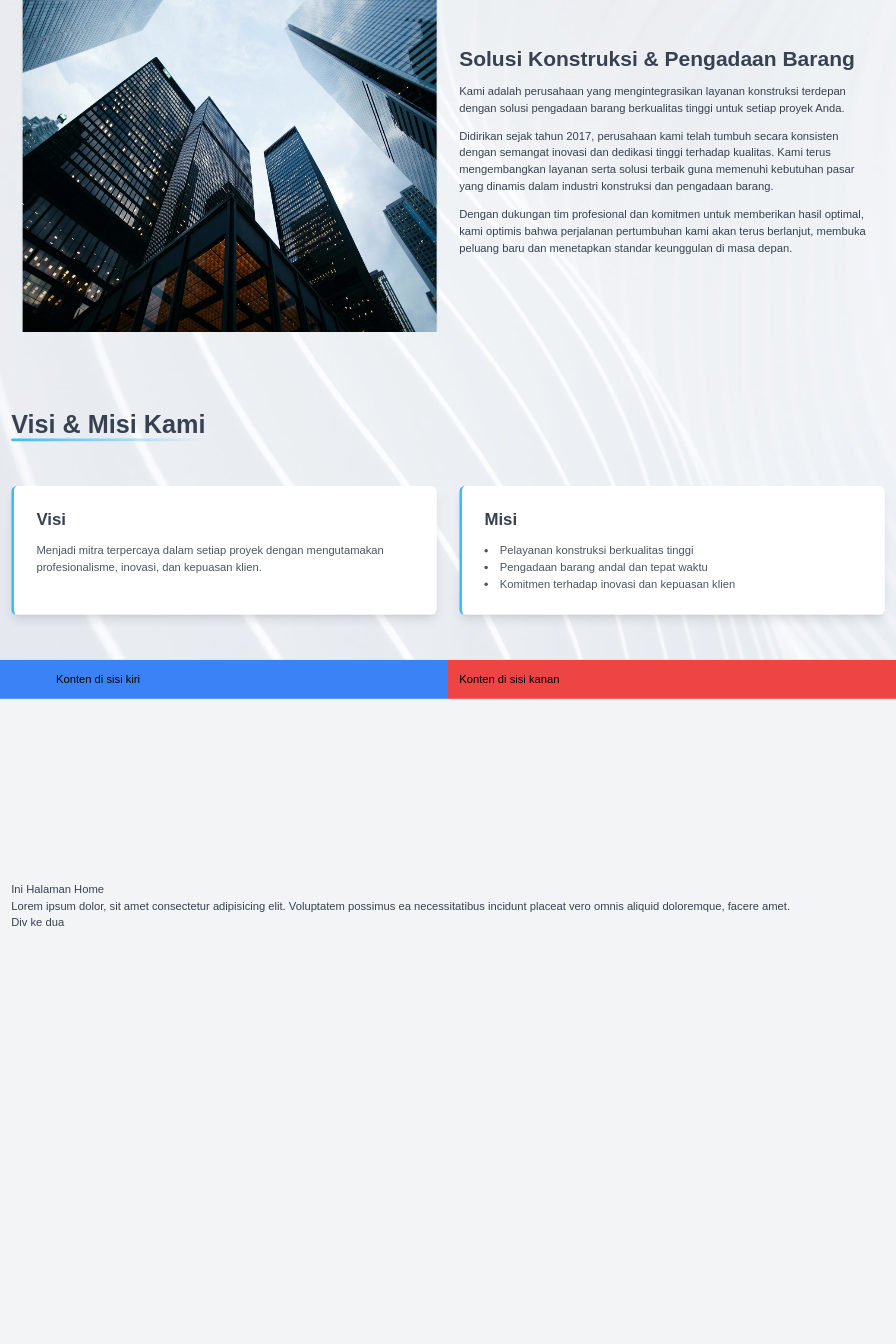
Repository: PrasBaldin/next-mulse
Page: /
An editor plug-in stored every save of this project. The page is shown before and after the next save, followed by the edit.
The browser window is 1280 px wide. The pictures show the part of the page from y = 1026 to 2946 px (the page is 3893 px tall), at 70% of full size.
The project was rebuilt for these pictures with package versions that can differ from the ones it lists, and the page was loaded fresh each time. The framework's server and built-in components were replaced by stand-ins that run in the browser. Also part of the build but not shown: next.config.ts.

Above is the page before, as saved 2025-02-23 04:35:29.

### app/layout.tsx
import type { Metadata } from "next";
import { Geist, Geist_Mono } from "next/font/google";
import "./globals.css";
import Navbar from "@/components/navbar";
import Footer from "@/components/footer";

const geistSans = Geist({
  variable: "--font-geist-sans",
  subsets: ["latin"],
});

const geistMono = Geist_Mono({
  variable: "--font-geist-mono",
  subsets: ["latin"],
});

export const metadata: Metadata = {
  title: "Mulse",
  description: "Selamat datang di PT. Mulse Citra Nusa, kami menyediakan barang dan jasa sesuai kebutuhan Anda.",
};

export default function RootLayout({
  children,
}: Readonly<{
  children: React.ReactNode;
}>) {
  return (
    <html lang="en">
      <body className={`${geistSans.variable} ${geistMono.variable} antialiased`} >
        <Navbar />
        {children}
        <Footer />
      </body>
    </html>
  );
}

### app/page.tsx
import Hero from "@/components/hero";
import AboutPage from "./about/page";
import ServicesPage from "./services/page";

const IndexPage = () => (
  <>
    <Hero />
    <AboutPage />
    <ServicesPage />
    <section className="bg-gray-100 dark:bg-gray-700 text-gray-700 dark:text-gray-100 transition duration-500 ease-in-out py-5">
      <div className="container">
        <div className="py-[15rem]">
          <h1>Ini Halaman Home</h1>
          <p>Lorem ipsum dolor, sit amet consectetur adipisicing elit. Voluptatem possimus ea necessitatibus incidunt placeat vero omnis aliquid doloremque, facere amet.</p>
          <div className="pb-[15rem]">
            <p>Div ke dua</p>
          </div>
          <div className="py-[20rem]"></div>
        </div>
      </div>
    </section>
  </>
);

export default IndexPage

### app/globals.css
@tailwind base;
@tailwind components;
@tailwind utilities;

:root {
  --background: #ffffff;
  --foreground: #171717;
}

@media (prefers-color-scheme: dark) {
  :root {
    --background: #0a0a0a;
    --foreground: #ededed;
  }
}

body {
  font-family: Arial, Helvetica, sans-serif;
  @apply bg-gray-100 dark:bg-gray-700
}

.container {
  @apply mx-auto px-4
}

.btn {
  @apply p-2 rounded-lg hover:bg-gray-200 dark:hover:bg-gray-600 transition duration-500 ease-in-out
}

### app/services/page.tsx
const ServicesPage = () => {
    return (
        <>
            <section className="w-full flex flex-col lg:flex-row">
                <div className="w-full lg:w-1/2 bg-blue-500">
                    <div className="lg:max-w-[512px] xl:max-w-xl ml-auto mr-0 p-4">
                        <p>Konten di sisi kiri</p>
                    </div>
                </div>
                <div className="w-full lg:w-1/2 bg-red-500">
                    <div className="container mr-auto p-4">
                        <p>Konten di sisi kanan</p>
                    </div>
                </div>
            </section>

            {/*<section className="Services container">
                <div className="flex flex-col lg:flex-row items-center">
                    <div className="w-full lg:w-1/2 py-16 bg-gradient-to-b from-sky-200 to-sky-500 dark:bg-gray-900 text-gray-700 dark:text-gray-100 transition duration-500 ease-in-out">
                        <div className="container">
                            <div className="Services-left">
                                <span>content</span>
                            </div>
                        </div>
                    </div>
                    <div className="w-full lg:w-1/2 py-16 bg-gradient-to-b from-gray-700 to-gray-900 dark:bg-gray-900 text-gray-700 dark:text-gray-100 transition duration-500 ease-in-out">
                        <div className="container">
                            <div className="Services-right">
                                <span>content right</span>
                            </div>
                        </div>
                    </div>
                </div>
                </section>*/}
        </>
    );
};

export default ServicesPage;

// <section className="py-16 bg-gray-50 dark:bg-gray-900">
//     <div className="container mx-auto px-4">
//         <h1 className="text-4xl font-bold text-center text-gray-800 dark:text-white mb-12 relative inline-block">
//             Layanan Kami
//             <span className="absolute -bottom-2 left-1/2 transform -translate-x-1/2 w-24 h-1 bg-blue-500"></span>
//         </h1>
//         <div className="grid grid-cols-1 md:grid-cols-2 lg:grid-cols-3 gap-8">
//             {/* Card Layanan 1 */}
//             <div className="bg-white dark:bg-gray-800 rounded-lg shadow-lg p-6 border-t-4 border-blue-500 hover:shadow-2xl transition duration-300">
//                 <div className="mb-4 flex justify-center">
//                     <img src="/img/service1.svg" alt="Konstruksi Bangunan" className="w-12 h-12" />
//                 </div>
//                 <h3 className="text-xl font-semibold text-gray-800 dark:text-white mb-2 text-center">
//                     Konstruksi Bangunan
//                 </h3>
//                 <p className="text-gray-600 dark:text-gray-300 text-center">
//                     Menyediakan solusi konstruksi bangunan yang inovatif dan berkualitas tinggi untuk berbagai proyek.
//                 </p>
//             </div>
//             {/* Card Layanan 2 */}
//             <div className="bg-white dark:bg-gray-800 rounded-lg shadow-lg p-6 border-t-4 border-blue-500 hover:shadow-2xl transition duration-300">
//                 <div className="mb-4 flex justify-center">
//                     <img src="/img/service2.svg" alt="Pengadaan Material" className="w-12 h-12" />
//                 </div>
//                 <h3 className="text-xl font-semibold text-gray-800 dark:text-white mb-2 text-center">
//                     Pengadaan Material
//                 </h3>
//                 <p className="text-gray-600 dark:text-gray-300 text-center">
//                     Pengadaan material berkualitas dengan proses cepat dan efisien untuk mendukung setiap proyek konstruksi.
//                 </p>
//             </div>
//             {/* Card Layanan 3 */}
//             <div className="bg-white dark:bg-gray-800 rounded-lg shadow-lg p-6 border-t-4 border-blue-500 hover:shadow-2xl transition duration-300">
//                 <div className="mb-4 flex justify-center">
//                     <img src="/img/service3.svg" alt="Desain Arsitektur" className="w-12 h-12" />
//                 </div>
//                 <h3 className="text-xl font-semibold text-gray-800 dark:text-white mb-2 text-center">
//                     Desain Arsitektur
//                 </h3>
//                 <p className="text-gray-600 dark:text-gray-300 text-center">
//                     Menyediakan layanan desain arsitektur kreatif dan inovatif untuk menciptakan bangunan yang unik dan fungsional.
//                 </p>
//             </div>
//             {/* Card Layanan 4 */}
//             <div className="bg-white dark:bg-gray-800 rounded-lg shadow-lg p-6 border-t-4 border-blue-500 hover:shadow-2xl transition duration-300">
//                 <div className="mb-4 flex justify-center">
//                     <img src="/img/service4.svg" alt="Renovasi &amp; Perbaikan" className="w-12 h-12" />
//                 </div>
//                 <h3 className="text-xl font-semibold text-gray-800 dark:text-white mb-2 text-center">
//                     Renovasi &amp; Perbaikan
//                 </h3>
//                 <p className="text-gray-600 dark:text-gray-300 text-center">
//                     Layanan renovasi dan perbaikan bangunan dengan pendekatan profesional dan efisien untuk meningkatkan nilai properti Anda.
//                 </p>
//             </div>
//             {/* Card Layanan 5 */}
//             <div className="bg-white dark:bg-gray-800 rounded-lg shadow-lg p-6 border-t-4 border-blue-500 hover:shadow-2xl transition duration-300">
//                 <div className="mb-4 flex justify-center">
//                     <img src="/img/service5.svg" alt="Konsultasi Proyek" className="w-12 h-12" />
//                 </div>
//                 <h3 className="text-xl font-semibold text-gray-800 dark:text-white mb-2 text-center">
//                     Konsultasi Proyek
//                 </h3>
//                 <p className="text-gray-600 dark:text-gray-300 text-center">
//                     Menawarkan konsultasi menyeluruh untuk memastikan setiap tahap proyek berjalan dengan lancar dan tepat sasaran.
//                 </p>
//             </div>
//             {/* Card Layanan 6 */}
//             <div className="bg-white dark:bg-gray-800 rounded-lg shadow-lg p-6 border-t-4 border-blue-500 hover:shadow-2xl transition duration-300">
//                 <div className="mb-4 flex justify-center">
//                     <img src="/img/service6.svg" alt="Manajemen Proyek" className="w-12 h-12" />
//                 </div>
//                 <h3 className="text-xl font-semibold text-gray-800 dark:text-white mb-2 text-center">
//                     Manajemen Proyek
//                 </h3>
//                 <p className="text-gray-600 dark:text-gray-300 text-center">
//                     Layanan manajemen proyek terintegrasi yang memastikan pengawasan dan koordinasi setiap aspek proyek secara optimal.
//                 </p>
//             </div>
//         </div>
//     </div>
// </section>

### components/navbar.css
.utility-bar {
    @apply hidden lg:block absolute w-full py-1 bg-gray-100 dark:bg-gray-700 transition duration-500 ease-in-out z-10
}

.utility-content {
    @apply w-auto flex gap-2
}

.social-media-link {
    @apply mr-3 text-gray-700 dark:text-gray-100 hover:text-sky-500 dark:hover:text-sky-500 transition duration-300
}

.navbar {
    @apply bg-white dark:bg-gray-800 transition duration-500 ease-in-out shadow-md lg:top-[40px] fixed lg:absolute w-full z-20
}

.nav-link {
    @apply text-gray-700 hover:text-sky-500 dark:hover:text-sky-500 dark:text-gray-100 py-5 transition duration-500 ease-in-out border-b-2 border-transparent hover:border-sky-500 flex items-center
}

.nav-dropdown {
    @apply bg-white dark:bg-gray-800 absolute top-[4rem] -left-2 w-auto pt-2 p-3 border-2 border-sky-500 shadow-xl rounded-lg overflow-visible transition-all duration-300 transform
}

.nav-link-dropdown {
    @apply text-gray-700 hover:text-sky-500 dark:hover:text-sky-500 dark:text-gray-100 pt-2 pb-1 transition duration-500 ease-in-out hover:bg-gray-100 dark:hover:bg-gray-700 rounded border-b border-gray-200 hover:border-sky-500 block mt-2 px-2
}

.nav-link-mobile {
    @apply hover:bg-gray-100 dark:hover:bg-gray-700 text-gray-700 hover:text-sky-500 dark:hover:text-sky-500 dark:text-gray-100 py-2 pl-2 border-b border-gray-200 hover:border-sky-500 rounded transition
}

.hamburger {
    @apply absolute w-6 h-[3px] bg-gray-800 dark:bg-gray-100 rounded transition duration-500 ease-in-out
}

.dropdown-arrow {
    @apply border-b-2 border-r-2 border-gray-700 dark:border-gray-100 ml-2 w-3 h-3 transition duration-500 ease-in-out
}

.nav-link-mobile:hover .dropdown-arrow {
    @apply border-sky-500
}

### components/toggleLanguage.tsx
"use client";
import { useState, useEffect } from "react";

import IconEN from "../app/_assets/icon/iconEN";
import IconID from "../app/_assets/icon/iconID";

import "./toggleLanguage.css";

const ToggleLanguage = () => {
    const [isEnglish, setIsEnglish] = useState(true);

    // Efek untuk sinkronisasi bahasa dengan localStorage
    useEffect(() => {
        const storedLanguage = localStorage.getItem('language');
        setIsEnglish(storedLanguage === 'en');
    }, []);

    // Efek untuk menyimpan preferensi bahasa ke localStorage
    useEffect(() => {
        localStorage.setItem('language', isEnglish ? 'en' : 'id');
    }, [isEnglish]);

    return (
        <>
            {/* Mobile */}
            <button onClick={() => setIsEnglish(!isEnglish)} className="lg:hidden btn flex items-center gap-2" >
                {/* <span className="font-medium text-gray-700 dark:text-gray-300">
                    {isEnglish ? <IconEN /> : <IconID />}
                </span> */}
                <div className="flex relative">
                    <div className={`flex transition-all duration-500 transform ${isEnglish ? 'opacity-100 scale-1' : 'opacity-0 scale-0'}`} >
                        <IconEN />
                    </div>
                    <div className={`absolute flex transition-all duration-500 transform ${isEnglish ? 'opacity-0 scale-0' : 'opacity-100 scale-1'}`} >
                        <IconID />
                    </div>
                </div>
                <span className="text-gray-700 dark:text-gray-300">
                    {("navbar.changeLang")}
                </span>
            </button>

            {/* Desktop */}
            <button onClick={() => setIsEnglish(!isEnglish)} className="btn hidden lg:block btn w-8 h-8 relative overflow-hidden">
                <div className={`toggle-lang ${isEnglish ? 'opacity-100 scale-1' : 'opacity-0 scale-0'}`} >
                    <IconEN />
                </div>
                <div className={`toggle-lang ${isEnglish ? 'opacity-0 scale-0' : 'opacity-100 scale-1'}`} >
                    <IconID />
                </div>
            </button>
        </>
    )
}

export default ToggleLanguage

### components/footer.css
footer table tr a {
    @apply transition duration-300
}

footer table tr:hover a {
    @apply text-sky-400
}

### components/hero.css
.hero-wrap {
    @apply h-[110vh] min-h-[40rem] overflow-hidden
}

.hero-parallax {
    @apply relative h-[110vh] min-h-[40rem] w-full bg-cover bg-center bg-fixed translate-y-[-0.2px]
}

.hero-mask {
    @apply absolute inset-0 flex items-center justify-center bg-black bg-opacity-30 dark:bg-opacity-50 text-white text-3xl font-bold transition duration-500 ease-in-out
}

.benefit-section {
    @apply max-w-full md:max-w-[85rem] mx-auto md:absolute top-[100vh]
}

.benefit-card {
    @apply transition transform duration-300 ease-in-out p-6 xl:col-span-2
}

### components/heroTypewriter.tsx
"use client";
import { useEffect, useRef, useState } from "react";

interface TypewriterProps {
    text: string;
    speed?: number;
    className?: string;
    delay?: number;
}

export default function Typewriter({
    text,
    speed = 5,
    className = "",
    delay = 0,
}: TypewriterProps) {
    const [displayText, setDisplayText] = useState<string>("");
    const indexRef = useRef<number>(0);

    useEffect(() => {
        setDisplayText("");
        indexRef.current = 0;

        let animationFrameId: number;
        let lastTime: number = performance.now();

        const update = (now: number) => {
            // Hanya update jika tab aktif
            if (document.visibilityState === "hidden") {
                animationFrameId = requestAnimationFrame(update);
                return;
            }

            if (now - lastTime >= speed) {
                setDisplayText((prev) => prev + text.charAt(indexRef.current));
                indexRef.current++;
                lastTime = now;
            }

            if (indexRef.current < text.length) {
                animationFrameId = requestAnimationFrame(update);
            }
        };

        const timeoutId = setTimeout(() => {
            animationFrameId = requestAnimationFrame(update);
        }, delay);

        return () => {
            clearTimeout(timeoutId);
            cancelAnimationFrame(animationFrameId);
        };
    }, [text, speed, delay]);

    return <span className={className}>{displayText}</span>;
}

### app/_assets/icon/iconID.tsx
import React from "react";

const iconID = () => {
    return (
        <svg className="w-5 h-5 rounded-full" version="1.1" id="Layer_1" xmlns="http://www.w3.org/2000/svg" xmlnsXlink="http://www.w3.org/1999/xlink" x="0px" y="0px"
            width="150px" height="150px" viewBox="0 0 150 150" enableBackground="new 0 0 150 150" xmlSpace="preserve">
            <rect x="-1" y="-0.999" fill="#ED1C24" width="152" height="75.999" />
            <rect x="-1" y="75" fill="#FFFFFF" width="152" height="76" />
            <path opacity="0.1" d="M151,160H66c0,0,60.501-26.039,60.501-85C126.501,16.207,66-9.999,66-9.999h85V160z" />
        </svg>
    )
}

export default iconID

### components/toggleLanguage.css
.toggle-lang {
    @apply absolute top-0 bottom-0 left-0 right-0 flex items-center justify-center transition-all duration-500 transform
}

### app/_assets/icon/iconDarkmode.tsx
import React from "react";

const IconDarkmode = () => {
    return (
        <svg xmlns="http://www.w3.org/2000/svg" className="h-5 w-5 text-gray-700 dark:text-gray-100" fill="none" viewBox="0 0 24 24" stroke="currentColor">
            <path strokeLinecap="round" strokeLinejoin="round" strokeWidth={2} d="M20.354 15.354A9 9 0 018.646 3.646 9.003 9.003 0 0012 21a9.003 9.003 0 008.354-5.646z" />
        </svg>
    )
}

export default IconDarkmode

### app/_assets/icon/iconLightmode.tsx
import React from "react";

const IconLightMode = () => {
    return (
        <svg xmlns="http://www.w3.org/2000/svg" className="h-5 w-5 text-gray-100" fill="none" viewBox="0 0 24 24" stroke="currentColor">
            <path strokeLinecap="round" strokeLinejoin="round" strokeWidth="2" d="M12 3v1m0 16v1m9-9h-1M4 12H3m15.364 6.364l-.707-.707M6.343 6.343l-.707-.707m12.728 0l-.707.707M6.343 17.657l-.707.707" />
            <circle cx="12" cy="12" r="3" stroke="currentColor" strokeWidth="2" fill="none" />
        </svg>
    )
}

export default IconLightMode

### components/toggleDarkMode.css
.toggle-dark-mode {
    @apply absolute top-0 bottom-0 left-0 right-0 flex items-center justify-center transition-all duration-500 transform
}

.toggle-dark-mode-mobile {
    @apply flex items-center justify-center transition-all duration-500 transform
}

### app/_assets/icon/iconStar.tsx
import React from 'react'

const iconStar = () => {
    return (
        <svg className="w-[85px] h-[85px] fill-sky-900 dark:fill-gray-100" viewBox="0 0 24 24" fill="none" xmlns="http://www.w3.org/2000/svg">
            <path opacity="0.5" d="M22 12C22 17.5228 17.5228 22 12 22C6.47715 22 2 17.5228 2 12C2 6.47715 6.47715 2 12 2C17.5228 2 22 6.47715 22 12Z" />
            <path d="M10.4127 8.49812L10.5766 8.20419C11.2099 7.06807 11.5266 6.5 12 6.5C12.4734 6.5 12.7901 7.06806 13.4234 8.20419L13.5873 8.49813C13.7672 8.82097 13.8572 8.98239 13.9975 9.0889C14.1378 9.19541 14.3126 9.23495 14.6621 9.31402L14.9802 9.38601C16.2101 9.66428 16.825 9.80341 16.9713 10.2739C17.1176 10.7443 16.6984 11.2345 15.86 12.215L15.643 12.4686C15.4048 12.7472 15.2857 12.8865 15.2321 13.0589C15.1785 13.2312 15.1965 13.4171 15.2325 13.7888L15.2653 14.1272C15.3921 15.4353 15.4554 16.0894 15.0724 16.3801C14.6894 16.6709 14.1137 16.4058 12.9622 15.8756L12.6643 15.7384C12.337 15.5878 12.1734 15.5124 12 15.5124C11.8266 15.5124 11.663 15.5878 11.3357 15.7384L11.0378 15.8756C9.88633 16.4058 9.31059 16.6709 8.92757 16.3801C8.54456 16.0894 8.60794 15.4353 8.7347 14.1272L8.76749 13.7888C8.80351 13.4171 8.82152 13.2312 8.76793 13.0589C8.71434 12.8865 8.59521 12.7472 8.35696 12.4686L8.14005 12.215C7.30162 11.2345 6.88241 10.7443 7.02871 10.2739C7.17501 9.80341 7.78994 9.66427 9.01977 9.38601L9.33794 9.31402C9.68743 9.23495 9.86217 9.19541 10.0025 9.0889C10.1428 8.98239 10.2328 8.82097 10.4127 8.49812Z" />
        </svg>
    )
}

export default iconStar

### app/_assets/icon/iconTeam.tsx
import React from 'react'

const iconTeam = () => {
	return (
		<svg className="w-[85px] h-[85px] fill-sky-900 dark:fill-gray-100" version="1.1" id="_x32_" xmlns="http://www.w3.org/2000/svg" xmlnsXlink="http://www.w3.org/1999/xlink"
			viewBox="0 0 512 512" xmlSpace="preserve">
			<g>
				<path className="st0" d="M435.95,287.525c32.51,0,58.87-26.343,58.87-58.853c0-32.51-26.361-58.871-58.87-58.871
		c-32.502,0-58.863,26.361-58.863,58.871C377.088,261.182,403.448,287.525,435.95,287.525z"/>
				<path className="st0" d="M511.327,344.251c-2.623-15.762-15.652-37.822-25.514-47.677c-1.299-1.306-7.105-1.608-8.673-0.636
		c-11.99,7.374-26.074,11.714-41.19,11.714c-15.099,0-29.184-4.34-41.175-11.714c-1.575-0.972-7.373-0.67-8.672,0.636
		c-2.757,2.757-5.765,6.427-8.698,10.683c7.935,14.94,14.228,30.81,16.499,44.476c2.27,13.7,1.533,26.67-2.138,38.494
		c13.038,4.717,28.673,6.787,44.183,6.787C476.404,397.014,517.804,382.987,511.327,344.251z"/>
				<path className="st0" d="M254.487,262.691c52.687,0,95.403-42.716,95.403-95.402c0-52.67-42.716-95.386-95.403-95.386
		c-52.678,0-95.378,42.716-95.378,95.386C159.109,219.975,201.808,262.691,254.487,262.691z"/>
				<path className="st0" d="M335.269,277.303c-2.07-2.061-11.471-2.588-14.027-1.006c-19.448,11.966-42.271,18.971-66.755,18.971
		c-24.466,0-47.3-7.005-66.738-18.971c-2.555-1.583-11.956-1.055-14.026,1.006c-16.021,16.004-37.136,51.782-41.384,77.288
		c-10.474,62.826,56.634,85.508,122.148,85.508c65.532,0,132.639-22.682,122.165-85.508
		C372.404,329.085,351.289,293.307,335.269,277.303z"/>
				<path className="st0" d="M76.049,287.525c32.502,0,58.862-26.343,58.862-58.853c0-32.51-26.36-58.871-58.862-58.871
		c-32.511,0-58.871,26.361-58.871,58.871C17.178,261.182,43.538,287.525,76.049,287.525z"/>
				<path className="st0" d="M115.094,351.733c2.414-14.353,9.225-31.253,17.764-46.88c-2.38-3.251-4.759-6.083-6.955-8.279
		c-1.299-1.306-7.097-1.608-8.672-0.636c-11.991,7.374-26.076,11.714-41.182,11.714c-15.108,0-29.202-4.34-41.183-11.714
		c-1.568-0.972-7.382-0.67-8.681,0.636c-9.887,9.854-22.882,31.915-25.514,47.677c-6.468,38.736,34.924,52.762,75.378,52.762
		c14.437,0,29.016-1.777,41.459-5.84C113.587,379.108,112.757,365.835,115.094,351.733z"/>
			</g>
		</svg>
	)
}

export default iconTeam

### tailwind.config.ts
import type { Config } from "tailwindcss";

export default {
  darkMode: 'class',
  content: [
    "./pages/**/*.{js,ts,jsx,tsx,mdx}",
    "./components/**/*.{js,ts,jsx,tsx,mdx}",
    "./app/**/*.{js,ts,jsx,tsx,mdx}"
  ],
  theme: {
    extend: {
      width: {
        '11': '2.75rem',
      },
      height: {
        '11': '2.75rem',
      },
      colors: {
        background: "var(--background)",
        foreground: "var(--foreground)",
      },
    },
  },
  plugins: [],
} satisfies Config;

Loaded but not shown: components/footer.tsx (228 lines, source omitted); components/navbar.tsx (140 lines, source omitted); components/hero.tsx (136 lines, source omitted); app/_assets/icon/iconEN.tsx (58 lines, source omitted); app/about/page.tsx (67 lines, source omitted); app/_assets/icon/iconThumbUp.tsx (45 lines, source omitted); components/heroBenefitSection.tsx (100 lines, source omitted); components/toggleDarkMode.tsx (58 lines, source omitted)

After the next save:
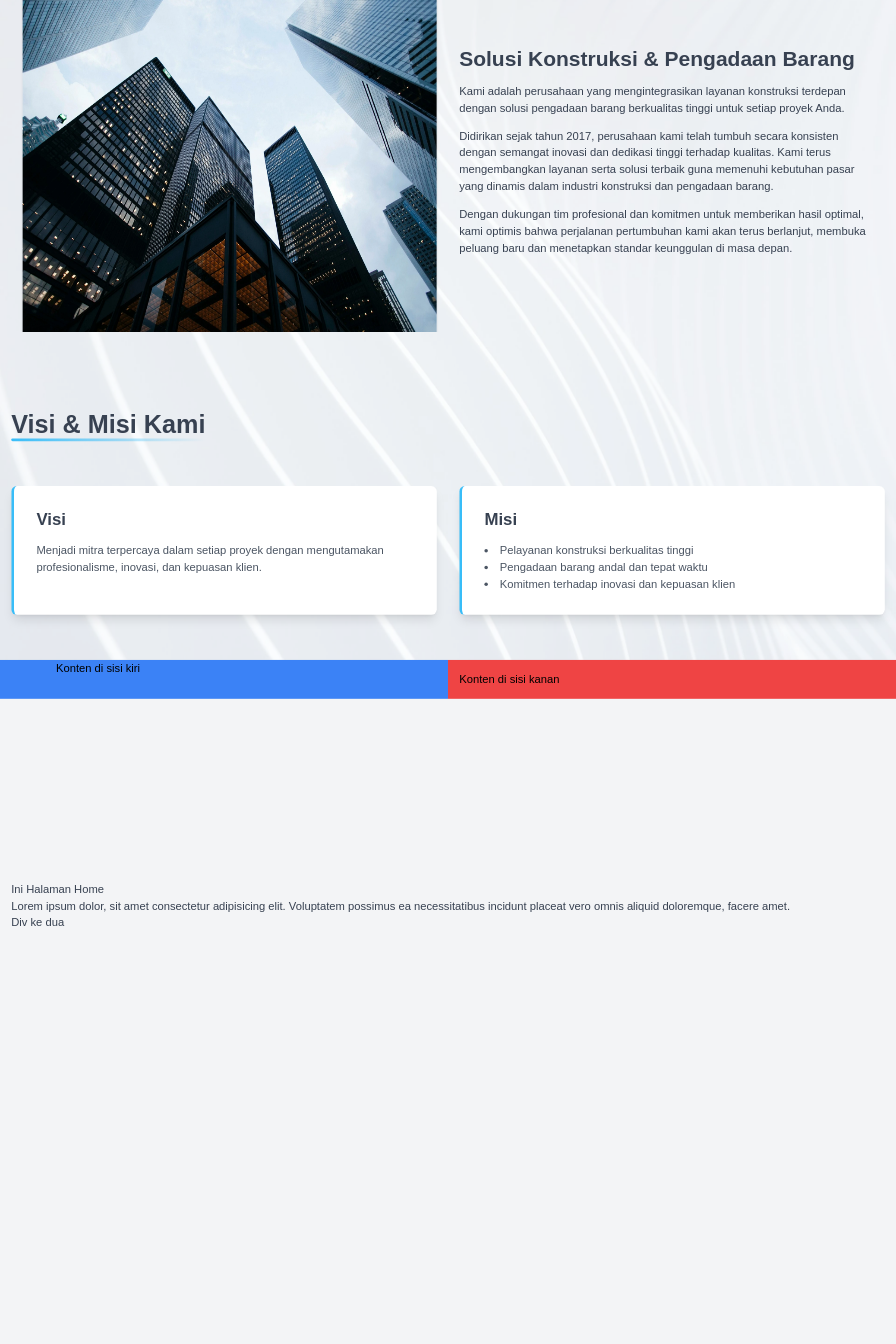
Saved 28 s later.
--- a/app/services/page.tsx
+++ b/app/services/page.tsx
@@ -3,7 +3,7 @@ const ServicesPage = () => {
         <>
             <section className="w-full flex flex-col lg:flex-row">
                 <div className="w-full lg:w-1/2 bg-blue-500">
-                    <div className="lg:max-w-[512px] xl:max-w-xl ml-auto mr-0 p-4">
+                    <div className="lg:max-w-[512px] xl:max-w-xl ml-auto mr-0 px-4">
                         <p>Konten di sisi kiri</p>
                     </div>
                 </div>
